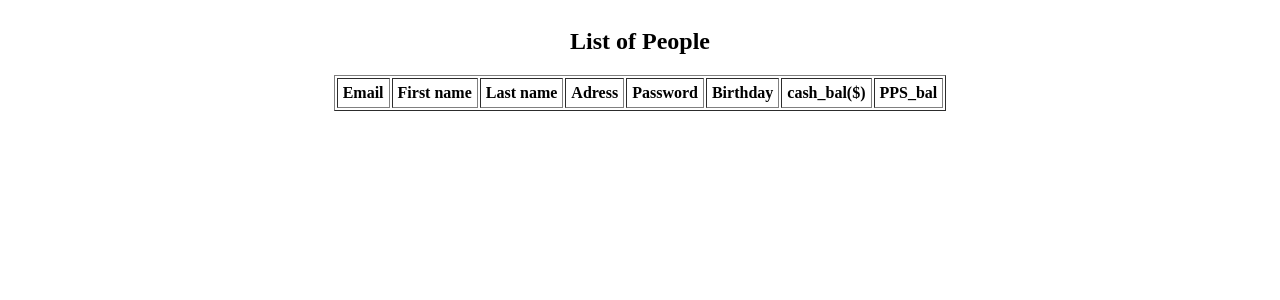
Repository: OmerMohammed123/datebase_project1
Page: http://localhost/database/UserList.jsp
An editor plug-in stored every save of this project. The page is shown before and after the next save, followed by the edit.
The browser window is 1280 px wide. The pictures show the whole page.
The page is served by Tomcat 9.

Above is the page before, as saved 2023-10-26 01:15:41.

After the next save:
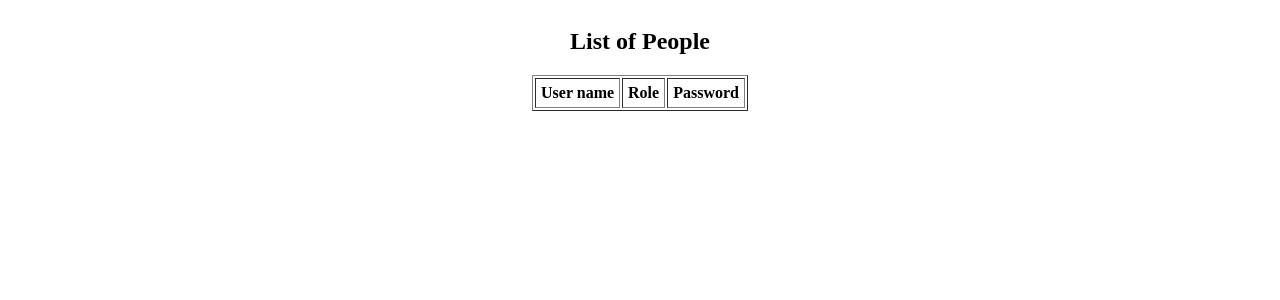
Saved 1 s later.
--- a/database/WebContent/UserList.jsp
+++ b/database/WebContent/UserList.jsp
@@ -12,26 +12,18 @@
         <table border="1" cellpadding="5">
             <caption><h2>List of People</h2></caption>
             <tr>
-				<th>Email</th>
-                <th>First name</th>
-                <th>Last name</th>
-                <th>Adress</th>
+				<th>User name</th>
+                <th>Role</th>
                 <th>Password</th>
-                <th>Birthday</th>
-                <th>cash_bal($)</th>
-                <th>PPS_bal</th>
+
 
             </tr>
             <c:forEach var="users" items="${listUser}">
                 <tr style="text-align:center">
-                    <td><c:out value="${users.email}" /></td>
-                    <td><c:out value="${users.firstName}" /></td>
-                    <td><c:out value="${users.lastName}" /></td>
-                    <td><c:out value= "${users.adress_street_num} ${users.adress_street} ${users.adress_city} ${users.adress_state} ${users.adress_zip_code}" /></td>
+                    <td><c:out value="${users.username}" /></td>
                     <td><c:out value="${users.password}" /></td>
-                    <td><c:out value="${users.birthday}" /></td>
-                    <td><c:out value="${users.cash_bal}"/></td>
-                    <td><c:out value="${users.PPS_bal}" /></td>
+                    <td><c:out value="${users.role}" /></td>
+
                 </tr>
             </c:forEach>
         </table>
